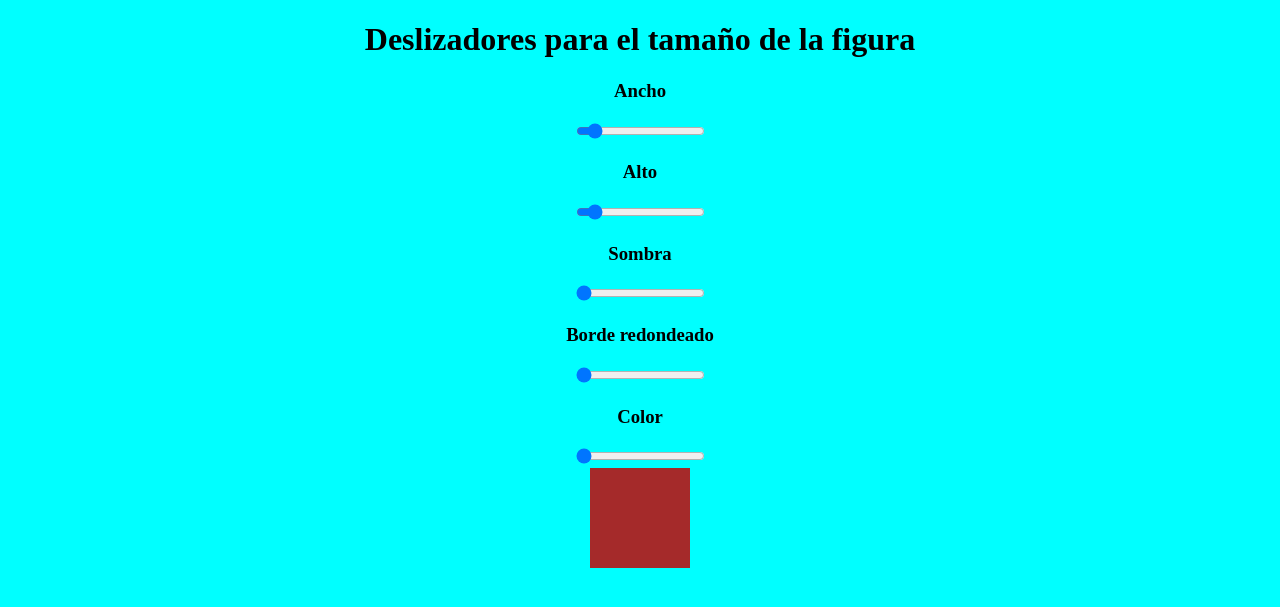
Repository: Kevin8548/Ejercicios-DOM
Page: Deslizador.html
The author's editor kept a copy of each file at every save. The page is drawn from the files as they stood at one save, then again after the next save.
The browser window is 1280 px wide. The pictures show the whole page.

Above is the page before, as saved 2024-10-08 12:20:15.

### Deslizador.html
<!DOCTYPE html>
<html lang="es">
<head>
    <meta charset="UTF-8">
    <meta name="viewport" content="width=device-width, initial-scale=1.0">
    <title>Deslizadores</title>
    <link rel="stylesheet" href="deslizadores.css">
</head>
<body>
    <h1>Deslizadores para el tamaño de la figura</h1>
    <div>
        <h3>Ancho</h3>
        <input type="range" id="sliderAncho" min="0" max="1000" value="100" step="1">
        <h3>Alto</h3>
        <input type="range" id="sliderAlto" min="0" max="1000" value="100" step="1">
        <h3>Sombra</h3>
        <input type="range" id="sliderSombra" min="0" max="500" value="0" step="1">
        <h3>Borde redondeado</h3>
        <input type="range" id="sliderEsquina" min="0" max="50" value="0" step="1">
        <h3>Color</h3>
        <input type="range" id="sliderColor" min="0" max="100" value="0" step="1">
    </div>
    <div class="div"></div>

    <script src="./colorsbg/deslizador.js"></script>
</body>
</html>

### deslizadores.css
body {
    background-color: aqua;
    text-align: center;
}

.div {
    width: 100px;
    height: 100px;
    background-color: brown;
    margin: 0 auto;
}

### colorsbg/deslizador.js
const sliderAncho = document.getElementById('sliderAncho');
const sliderAlto = document.getElementById('sliderAlto');
const sliderBorde = document.getElementById('sliderBorde');
const sliderSombra = document.getElementById('sliderSombra');
const sliderEsquina = document.getElementById('sliderEsquina');
const sliderColor = document.getElementById('sliderColor');
const div = document.querySelector('.div');

sliderAncho.addEventListener('input', function() {
    const nuevoAncho = sliderAncho.value + 'px';
    div.style.width = nuevoAncho;
});

sliderAlto.addEventListener('input', function() {
    const nuevoAlto = sliderAlto.value + 'px';
    div.style.height = nuevoAlto;
});

sliderSombra.addEventListener('input', function() {
    const sombra = sliderSombra.value + 'px';
    div.style.boxShadow = `0 0 ${sombra} rgba(0, 0, 0, 1)`;
});

sliderEsquina.addEventListener('input', function() {
    div.style.borderRadius = `${sliderEsquina.value}px`;

sliderColor.addEventListener('input', function(){
    div.style.backgroundcolor =  `hsl(50 80% 40%))`;
});
});

After the next save:
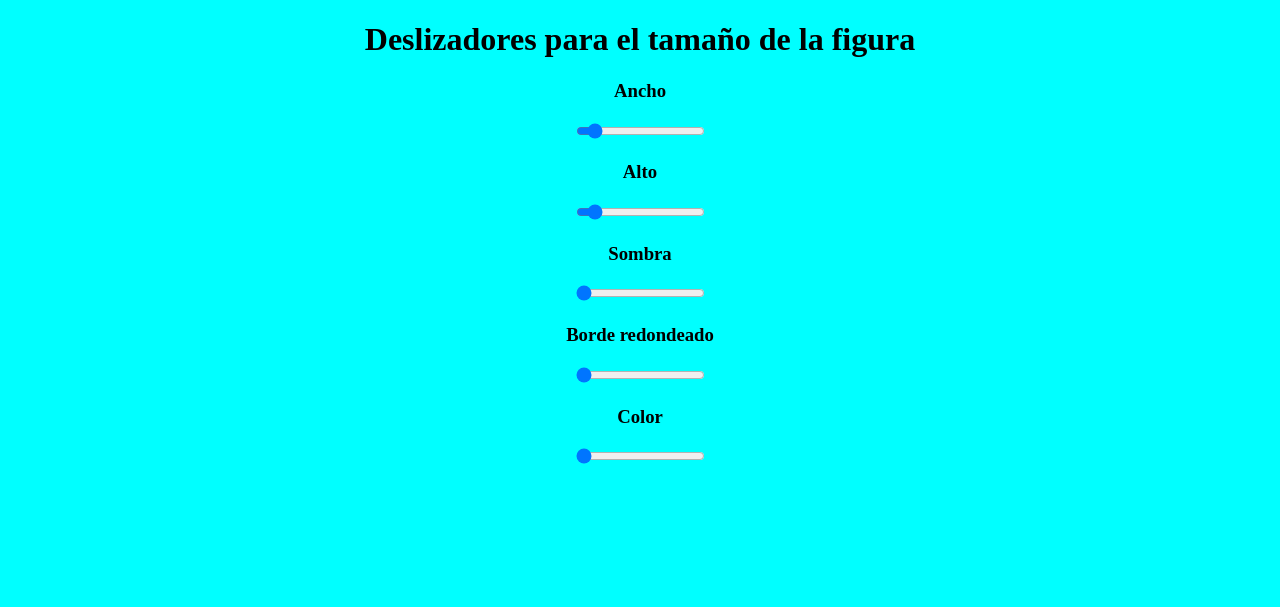
Saved 13 s later.
--- a/deslizadores.css
+++ b/deslizadores.css
@@ -6,6 +6,6 @@ body {
 .div {
     width: 100px;
     height: 100px;
-    background-color: brown;
+
     margin: 0 auto;
 }
